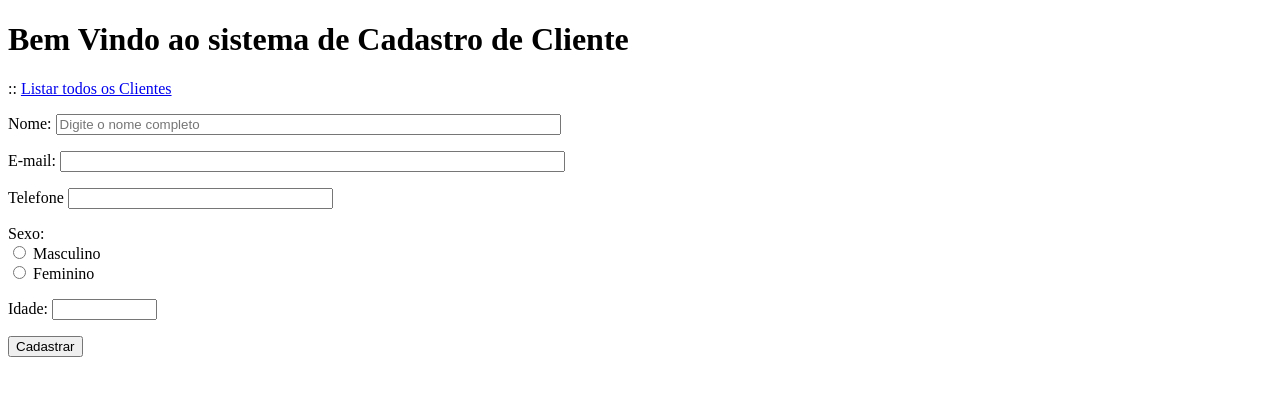
Repository: EderRoger/Faculdade
Page: http://localhost/
The author's editor kept a copy of each file at every save. The page is drawn from the files as they stood at one save, then again after the next save.
The browser window is 1280 px wide. The pictures show the whole page.
The page is run by PHP 8.4 with error messages shown; the project is at /var/www/html/.

Above is the page before, as saved 2011-10-26 13:43:57.

### kratz/workspace/cadastro/index.php
<?php
/* Arquivo: index.php
 * Descrição: Página principal de uma sistema de cadastro de cliente usando arquivo e classes
 * Versão: 1.0
 * Autor: Ricardo de Andrade Kratz
 */
?>
<!doctype html>
<html>
  <head>
    <meta charset="ISO-8859-1">
    <title>Sistema de Cadastro de Cliente</title>
  </head>
  <body>
	<h1>Bem Vindo ao sistema de Cadastro de Cliente</h1>
	<p>:: <a href="listar.php"> Listar todos os Clientes</a></p>
	<form method="post" action="cadastro.php">
		<p>Nome: <input placeholder="Digite o nome completo" type="text" name="nomeCliente" size="60" required /></p>
		<p>E-mail: <input type="email" name="emailCliente" size="60" required /></p>
		<p>Telefone <input type="tel" name="telCliente" size="30" /></p>
		<p>Sexo:<br> <input type="radio" name="sexoCliente" value="1"> Masculino<br>
		    <input type="radio" name="sexoCliente" value="2"> Feminino</p>
		<p>Idade: <input type="1" name="idadeCliente" size="10" /> </p>
		<p><input type="submit" value="Cadastrar" /></p>
	</form>
  </body>
</html>

After the next save:
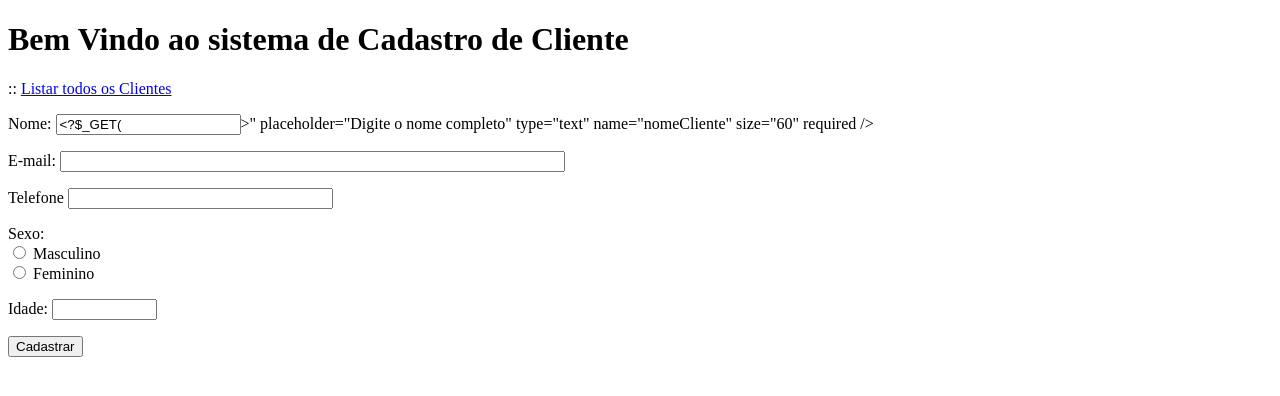
Saved 2 h 11 min later.
--- a/kratz/workspace/cadastro/index.php
+++ b/kratz/workspace/cadastro/index.php
@@ -15,7 +15,7 @@
 	<h1>Bem Vindo ao sistema de Cadastro de Cliente</h1>
 	<p>:: <a href="listar.php"> Listar todos os Clientes</a></p>
 	<form method="post" action="cadastro.php">
-		<p>Nome: <input placeholder="Digite o nome completo" type="text" name="nomeCliente" size="60" required /></p>
+		<p>Nome: <input value="<?$_GET("nome"); ?>>" placeholder="Digite o nome completo" type="text" name="nomeCliente" size="60" required /></p>
 		<p>E-mail: <input type="email" name="emailCliente" size="60" required /></p>
 		<p>Telefone <input type="tel" name="telCliente" size="30" /></p>
 		<p>Sexo:<br> <input type="radio" name="sexoCliente" value="1"> Masculino<br>
